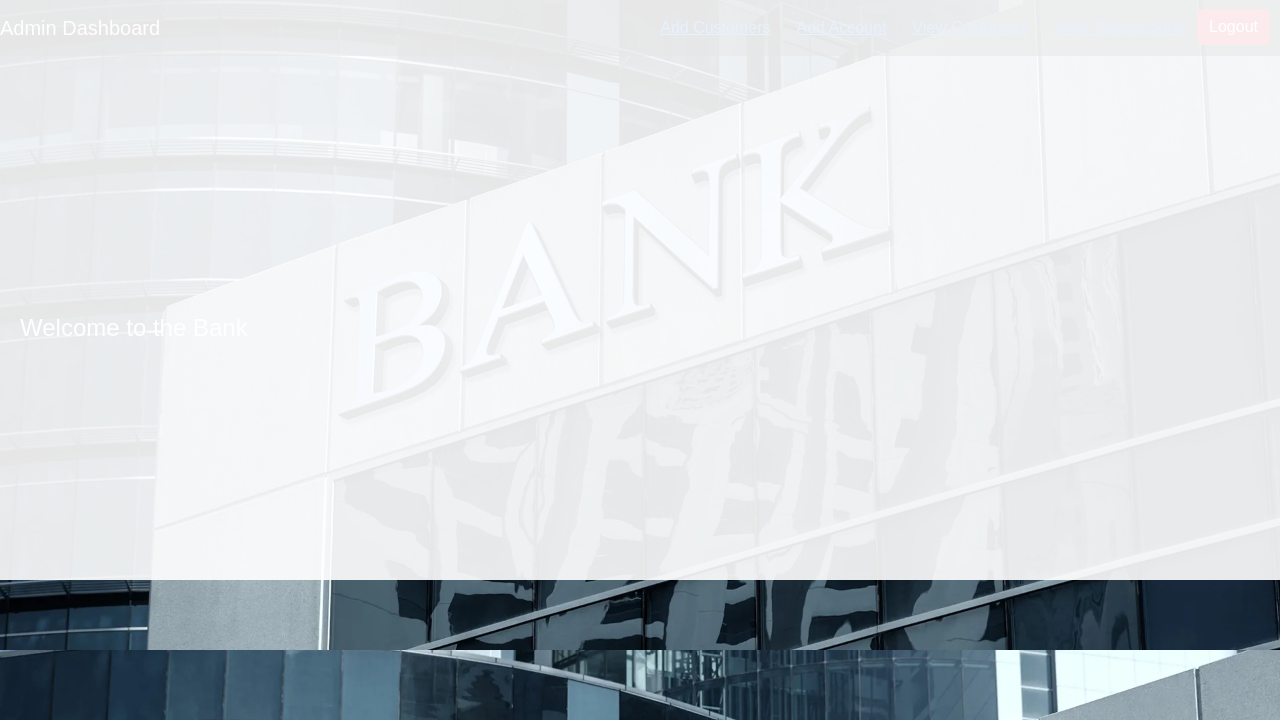
Repository: prathamsuhasia/swabhav-mini-project
Page: http://localhost/01-mini-project/Admin.jsp
An editor plug-in stored every save of this project. The page is shown before and after the next save, followed by the edit.
The browser window is 1280 px wide. The pictures show the whole page.
The page is served by Tomcat 9. The session is filled in as if someone had signed in: {"username": "testuser", "admin": "admin"}. Other server files are loaded and not shown.

Above is the page before, as saved 2024-08-15 16:09:50.

### 01-mini-project/WebContent/Admin.jsp
<%@ page language="java" contentType="text/html; charset=ISO-8859-1"
	pageEncoding="ISO-8859-1"%>
<%
	response.setHeader("Cache-Control", "no-cache, no-store, must-revalidate");
	response.setHeader("Pragma", "no-cache");
	response.setDateHeader("Expires", 0);
%>
<%
	HttpSession sessions = request.getSession(false);
	if (session == null || !"admin".equals(session.getAttribute("admin"))) {
		// No session or user not logged in, redirect to the login page
		response.sendRedirect("Index.jsp");
		return;
	}
%>
<!DOCTYPE html>
<html>
<head>
<meta http-equiv="Content-Type" content="text/html; charset=ISO-8859-1">
<title>Dashboard</title>
<link
	href="https://cdn.jsdelivr.net/npm/bootstrap@5.3.0/dist/css/bootstrap.min.css"
	rel="stylesheet">
<style>
body {
	background-image: url('Bank.webp');
	background-size: cover;
	background-position: center;
	color: #fff;
	font-family: Arial, sans-serif;
	position: relative;
    z-index: 2;
}

.navbar {
	background-color: rgba(0, 0, 0, 0.5);
	margin-bottom: 20px;
}

.navbar-brand {
	color: #f8f9fa;
}

.navbar-nav .nav-link {
	color: #f8f9fa !important;
}

.navbar-nav .nav-link:hover {
	color: #e9ecef !important;
}

.btn-logout {
	background-color: #dc3545;
	border: none;
	color: #fff;
	margin-right: 10px;
}

.btn-logout:hover {
	background-color: #c82333;
	color: #fff;
}

.welcome-message {
	display: flex;
	align-items: center;
	height: 70vh;
	justify-content: flex-start;
	padding-left: 20px;
	font-size: 24px;
}

.container {
	background-color: rgba(0, 0, 0, 0.6);
	padding: 20px;
	border-radius: 10px;
}

body::before {
	content: '';
	position: absolute;
	top: 0;
	left: 0;
	width: 100%;
	height: 100%;
	background-color: rgba(255, 255, 255, 0.9);
	/* Adjust opacity to make it lighter or darker */
	z-index: 1;
}
</style>
</head>
<body>
	<nav class="navbar navbar-expand-lg">
		<a class="navbar-brand" href="#">Admin Dashboard</a>
		<div class="collapse navbar-collapse justify-content-end">
			<ul class="navbar-nav">
				<li class="nav-item">
					<form action="AdminController" method="post" class="nav-item">
						<button type="submit" name="action" value="AddCustomers"
							class="btn btn-link">Add Customers</button>
					</form>
				</li>
				<li class="nav-item">
					<form action="AdminController" method="post" class="nav-item">
						<button type="submit" name="action" value="AddAccount"
							class="btn btn-link">Add Account</button>
					</form>
				</li>
				<li class="nav-item">
					<form action="AdminController" method="post" class="nav-item">
						<button type="submit" name="action" value="ViewCustomers"
							class="btn btn-link">View Customers</button>
					</form>
				</li>
				<li class="nav-item">
					<form action="AdminController" method="post" class="nav-item">
						<button type="submit" name="action" value="ViewTransactions"
							class="btn btn-link">View Transactions</button>
					</form>
				</li>
				<li class="nav-item">
					<form action="LogoutServlet">
						<button type="submit" class="btn btn-logout">Logout</button>
					</form>
				</li>
			</ul>
		</div>
	</nav>
	<div class="welcome-message">Welcome to the Bank</div>

	<script src="https://code.jquery.com/jquery-3.6.0.min.js"></script>
	<script
		src="https://cdn.jsdelivr.net/npm/bootstrap@5.3.0/dist/js/bootstrap.bundle.min.js"></script>
</body>
</html>

After the next save:
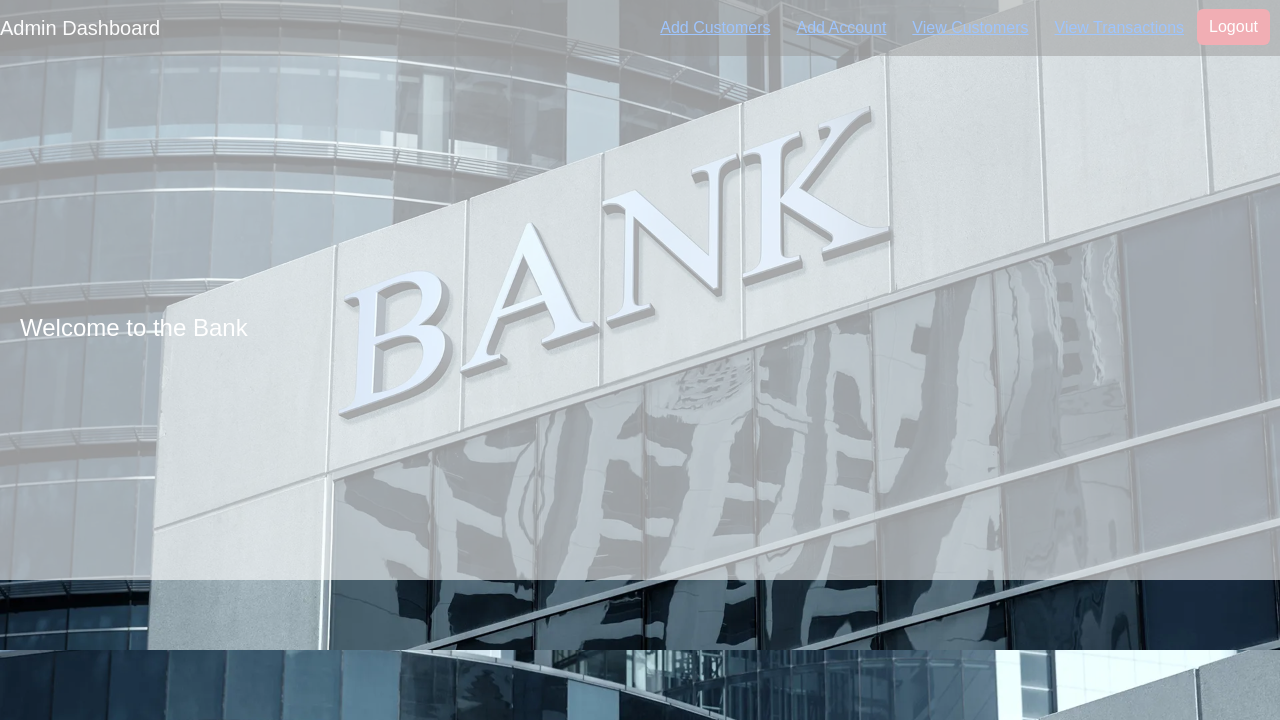
Saved 8 s later.
--- a/01-mini-project/WebContent/Admin.jsp
+++ b/01-mini-project/WebContent/Admin.jsp
@@ -83,7 +83,7 @@ body::before {
 	left: 0;
 	width: 100%;
 	height: 100%;
-	background-color: rgba(255, 255, 255, 0.9);
+	background-color: rgba(255, 255, 255, 0.6);
 	/* Adjust opacity to make it lighter or darker */
 	z-index: 1;
 }
